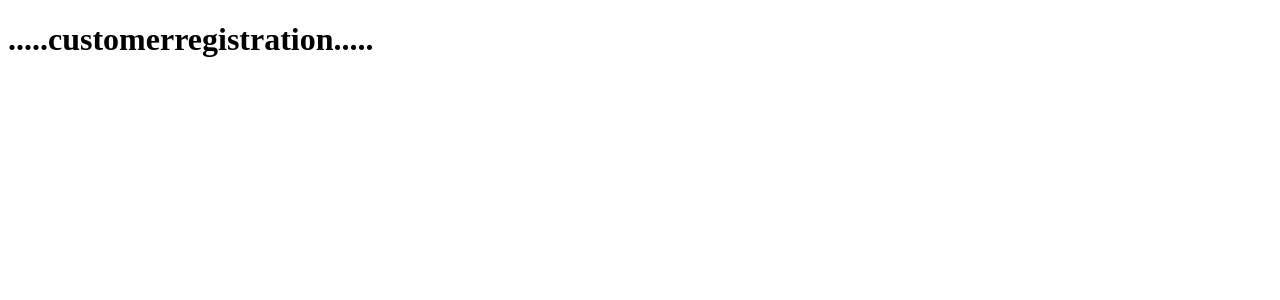
Repository: vinay14121997/test
Page: http://localhost/HotelManagementSystemByUsingSpringWebMVCWithClassConfig/CoustomerRegistration.jsp
An editor plug-in stored every save of this project. The page is shown before and after the next save, followed by the edit.
The browser window is 1280 px wide. The pictures show the whole page.
The page is served by Tomcat 9. Other server files are loaded and not shown.

Above is the page before, as saved 2024-09-20 11:09:42.

### HotelManagementSystemByUsingSpringWebMVCWithClassConfig/src/main/webapp/CoustomerRegistration.jsp
<%@ page language="java" contentType="text/html; charset=ISO-8859-1"
    pageEncoding="ISO-8859-1"%>
<!DOCTYPE html>
<html>
<head>
<meta charset="ISO-8859-1">
<title>Insert title here</title>
</head>
<body>
<form action="customerregistration">
<h1>.....customerregistration.....</h1>


</form>

</body>
</html>

After the next save:
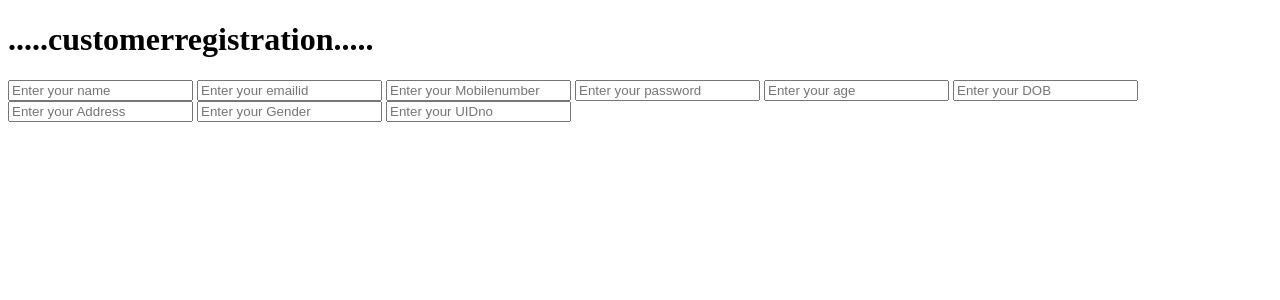
Saved 7 min 23 s later.
--- a/HotelManagementSystemByUsingSpringWebMVCWithClassConfig/src/main/webapp/CoustomerRegistration.jsp
+++ b/HotelManagementSystemByUsingSpringWebMVCWithClassConfig/src/main/webapp/CoustomerRegistration.jsp
@@ -9,6 +9,15 @@
 <body>
 <form action="customerregistration">
 <h1>.....customerregistration.....</h1>
+<input placeholder="Enter your name">
+<input placeholder="Enter your emailid">
+<input placeholder="Enter your Mobilenumber">
+<input placeholder="Enter your password">
+<input placeholder="Enter your age">
+<input placeholder="Enter your DOB">
+<input placeholder="Enter your Address">
+<input placeholder="Enter your Gender">
+<input placeholder="Enter your UIDno">
 
 
 </form>
